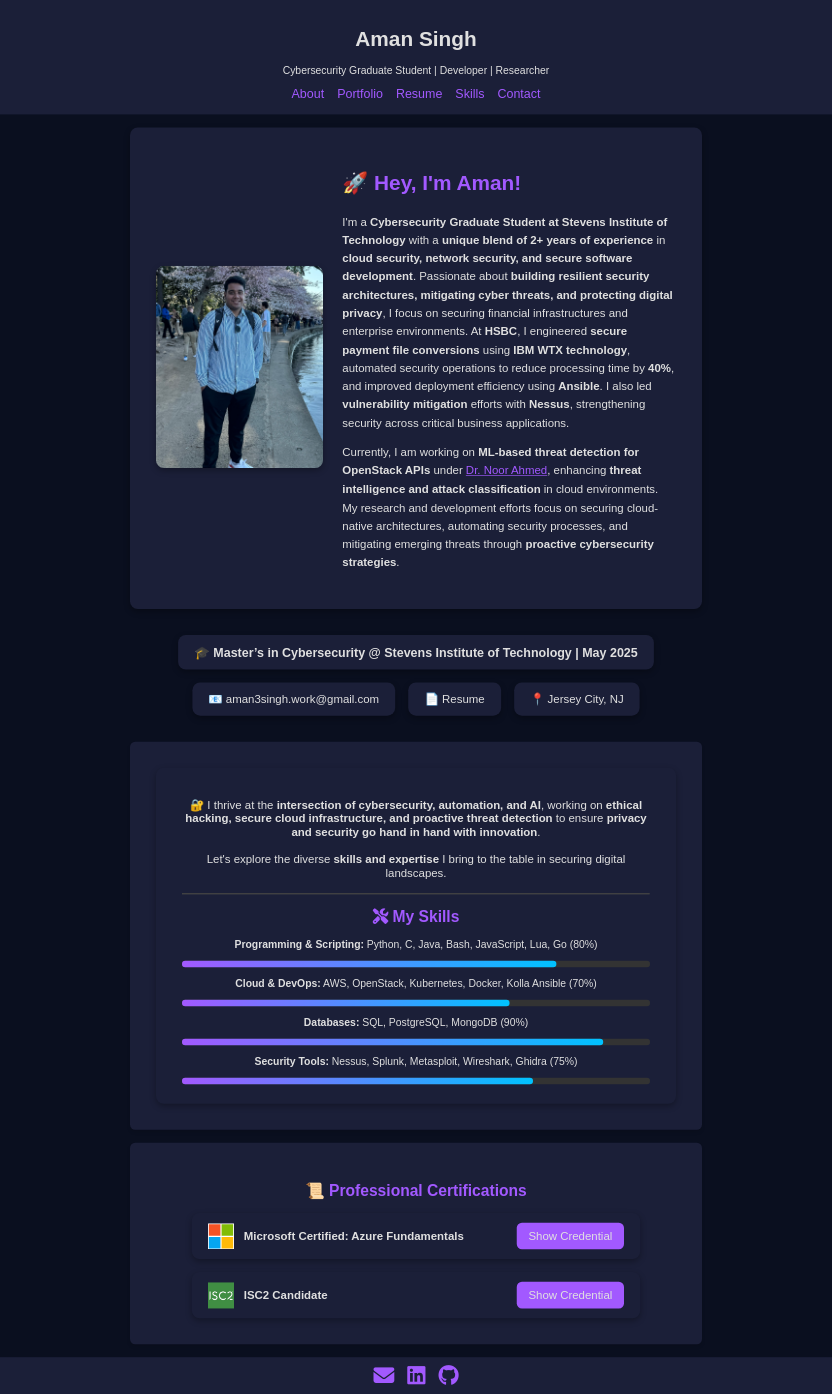
Repository: aman3singh/portfolio
Page: index.html
These files come from the project's save history. The page is drawn as it stood at one moment and after the next save; the edit follows.
The browser window is 1280 px wide. The pictures show the whole page, at 65% of full size.

Above is the page before, as saved 2025-02-12 00:14:08.

### index.html
<!DOCTYPE html>
<html lang="en">
<head>
    <meta charset="UTF-8">
    <meta name="viewport" content="width=device-width, initial-scale=1.0">
    <title>Aman Singh | Cybersecurity Portfolio</title>
    <link rel="stylesheet" href="styles.css">
    <link rel="stylesheet" href="https://cdnjs.cloudflare.com/ajax/libs/font-awesome/6.4.2/css/all.min.css">
</head>
<body>
    <header>
        <h1>Aman Singh</h1>
        <p>Cybersecurity Graduate Student | Developer | Researcher</p>
        <nav>
            <a href="#about">About</a>
            <a href="portfolio.html">Portfolio</a>
            <a href="resume.html">Resume</a>
            <a href="index.html#skills">Skills</a>
            <a href="#contact">Contact</a>
        </nav>
    </header>

    <section id="about" style="display: flex; align-items: center; gap: 30px; padding: 40px;">
        <div style="flex: 1; text-align: center;">
            <img src="Aman.jpg" alt="Aman Singh" style="width: 100%; max-width: 400px; border-radius: 12px; box-shadow: 0px 4px 10px rgba(0, 0, 0, 0.3);">
        </div>
        <div style="flex: 2;">
            <h2 style="color: #A259FF;">🚀 Hey, I'm Aman!</h2>
            <p>
                I'm a <b>Cybersecurity Graduate Student at Stevens Institute of Technology</b> with a <b>unique blend of 2+ years of experience</b> in <b>cloud security, network security, and secure software development</b>. Passionate about <b>building resilient security architectures, mitigating cyber threats, and protecting digital privacy</b>, I focus on securing financial infrastructures and enterprise environments. At <b>HSBC</b>, I engineered <b>secure payment file conversions</b> using <b>IBM WTX technology</b>, automated security operations to reduce processing time by <b>40%</b>, and improved deployment efficiency using <b>Ansible</b>. I also led <b>vulnerability mitigation</b> efforts with <b>Nessus</b>, strengthening security across critical business applications.
            </p>
            <p>
                Currently, I am working on <b>ML-based threat detection for OpenStack APIs</b> under <a href="https://scholar.google.com/citations?user=zchOfB4AAAAJ&hl=en" target="_blank" style="color: #A259FF;">Dr. Noor Ahmed</a>, enhancing <b>threat intelligence and attack classification</b> in cloud environments. My research and development efforts focus on securing cloud-native architectures, automating security processes, and mitigating emerging threats through <b>proactive cybersecurity strategies</b>.
            </p>
        </div>
    </section>

    <div style="display: flex; flex-direction: column; align-items: center; text-align: center; gap: 20px; padding: 20px;">
        <div style="background-color: #1B1F38; padding: 15px 25px; border-radius: 12px; font-size: 1.2em; box-shadow: 0px 4px 10px rgba(0, 0, 0, 0.3);">
            🎓 <b>Master’s in Cybersecurity @ Stevens Institute of Technology | May 2025</b>
        </div>
        <div style="display: flex; gap: 20px;">
            <div style="background-color: #1B1F38; padding: 15px 25px; border-radius: 12px; font-size: 1.1em; box-shadow: 0px 4px 10px rgba(0, 0, 0, 0.3);">
                📧 <a href="mailto:aman3singh.work@gmail.com" style="color: #E0E0E0; text-decoration: none;">aman3singh.work@gmail.com</a>
            </div>
            <div style="background-color: #1B1F38; padding: 15px 25px; border-radius: 12px; font-size: 1.1em; box-shadow: 0px 4px 10px rgba(0, 0, 0, 0.3);">
                📄 <a href="resume.html" style="color: #E0E0E0; text-decoration: none;">Resume</a>
            </div>
            <div style="background-color: #1B1F38; padding: 15px 25px; border-radius: 12px; font-size: 1.1em; box-shadow: 0px 4px 10px rgba(0, 0, 0, 0.3);">
                📍 Jersey City, NJ
            </div>
        </div>
    </div>

    <section id="skills" style="padding: 40px; display: flex; justify-content: center;">
        <div style="background-color: #1B1F38; padding: 30px 40px; border-radius: 12px; max-width: 800px; text-align: center; box-shadow: 0px 4px 10px rgba(0, 0, 0, 0.3);">
            <p style="color: #E0E0E0; font-size: 1.1em;">
                🔐 I thrive at the <b>intersection of cybersecurity, automation, and AI</b>, working on <b>ethical hacking, secure cloud infrastructure, and proactive threat detection</b> to ensure <b>privacy and security go hand in hand with innovation</b>.<br><br>
                Let's explore the diverse <b>skills and expertise</b> I bring to the table in securing digital landscapes.
            </p>
            <hr style="border: 0.5px solid #444; margin: 20px 0;">
            <h2 style="color: #A259FF;"><i class="fas fa-tools"></i> My Skills</h2>
            <div class="skills-container" style="max-width: 800px; margin: 0 auto;">
                <div class="skill">
                    <p><b>Programming & Scripting:</b> Python, C, Java, Bash, JavaScript, Lua, Go (80%)</p>
                    <div class="progress-bar" style="width: 100%; background-color: #333; border-radius: 5px;">
                        <div style="width: 80%; height: 10px; background: linear-gradient(to right, #A259FF, #00C2FF); border-radius: 5px;"></div>
                    </div>
                </div>
                <div class="skill">
                    <p><b>Cloud & DevOps:</b> AWS, OpenStack, Kubernetes, Docker, Kolla Ansible (70%)</p>
                    <div class="progress-bar" style="width: 100%; background-color: #333; border-radius: 5px;">
                        <div style="width: 70%; height: 10px; background: linear-gradient(to right, #A259FF, #00C2FF); border-radius: 5px;"></div>
                    </div>
                </div>
                <div class="skill">
                    <p><b>Databases:</b> SQL, PostgreSQL, MongoDB (90%)</p>
                    <div class="progress-bar" style="width: 100%; background-color: #333; border-radius: 5px;">
                        <div style="width: 90%; height: 10px; background: linear-gradient(to right, #A259FF, #00C2FF); border-radius: 5px;"></div>
                    </div>
                </div>
                <div class="skill">
                    <p><b>Security Tools:</b> Nessus, Splunk, Metasploit, Wireshark, Ghidra (75%)</p>
                    <div class="progress-bar" style="width: 100%; background-color: #333; border-radius: 5px;">
                        <div style="width: 75%; height: 10px; background: linear-gradient(to right, #A259FF, #00C2FF); border-radius: 5px;"></div>
                    </div>
                </div>
            </div>
        </div>
    </section>

    <section id="certifications" style="padding: 40px; text-align: center;">
        <h2 style="color: #A259FF;">📜 Professional Certifications</h2>
        <div style="display: flex; flex-direction: column; align-items: center; gap: 20px;">
            <div style="background-color: #1B1F38; padding: 15px 25px; border-radius: 12px; font-size: 1.1em; width: 80%; display: flex; align-items: center; justify-content: space-between; box-shadow: 0px 4px 10px rgba(0, 0, 0, 0.3);">
                <div style="display: flex; align-items: center; gap: 15px;">
                    <img src="microsoft_logo.svg" alt="Microsoft Logo" style="height: 40px;">
                    <b>Microsoft Certified: Azure Fundamentals</b>
                </div>
                <a href="https://learn.microsoft.com/en-us/users/amansingh-1923/credentials/2ef5697650f7d138?ref=https%3A%2F%2Fwww.linkedin.com%2F" target="_blank" class="credential-button">Show Credential</a>
            </div>
            <div style="background-color: #1B1F38; padding: 15px 25px; border-radius: 12px; font-size: 1.1em; width: 80%; display: flex; align-items: center; justify-content: space-between; box-shadow: 0px 4px 10px rgba(0, 0, 0, 0.3);">
                <div style="display: flex; align-items: center; gap: 15px;">
                    <img src="isc2_logo.jpg" alt="ISC2 Logo" style="height: 40px;">
                    <b>ISC2 Candidate</b>
                </div>
                <a href="https://www.credly.com/badges/34d270c8-7299-4ed3-a625-0a13da7394b7/linked_in_profile" target="_blank" class="credential-button">Show Credential</a>
            </div>
        </div>
    </section>

    <footer>
            <div class="social-links" style="display: flex; gap: 20px; font-size: 2rem;">
                <a href="mailto:aman3singh.work@gmail.com" target="_blank">
                    <i class="fa-solid fa-envelope"></i>
                </a>
                <a href="https://www.linkedin.com/in/aman-singh7/" target="_blank">
                    <i class="fa-brands fa-linkedin"></i>
                </a>
                <a href="https://github.com/aman3singh" target="_blank">
                    <i class="fa-brands fa-github"></i>
                </a>
            </div>
    </footer>
</body>
</html>

### styles.css
body {
    font-family: 'Arial', sans-serif;
    margin: 0;
    padding: 0;
    background-color: #0A0F1F;
    color: #E0E0E0;
}

header {
    background-color: #1B1F38;
    color: 	#E0E0E0;
    text-align: center;
    padding: 20px;
}

nav {
    display: flex;
    justify-content: center;
    gap: 20px;
}

nav a {
    color: #A259FF;
    text-decoration: none;
    font-size: 1.2em;
    transition: color 0.3s;
}

nav a:hover {
    color: #00E5FF;
}

section {
    padding: 20px;
    margin: 20px auto;
    max-width: 800px;
    background: #1B1F38;
    box-shadow: 0px 4px 6px rgba(0, 0, 0, 0.1);
    border-radius: 8px;
}

h2 {
    color: #A259FF;
}
#about {
    display: flex;
    align-items: center;
    gap: 30px;
    padding: 40px;
    background-color: #1B1F38;
    border-radius: 12px;
    box-shadow: 0px 4px 10px rgba(0, 0, 0, 0.3);
}

#about img {
    width: 100%;
    max-width: 300px;
    border-radius: 12px;
    box-shadow: 0px 4px 10px rgba(0, 0, 0, 0.3);
}

#about h2 {
    color: #A259FF;
    font-size: 2em;
}

#about p {
    color: #E0E0E0;
    font-size: 1.1em;
    line-height: 1.6;
}
#resume-container {
    display: flex;
    justify-content: center;
    align-items: center;
    min-height: 100vh;
    background-color: #0A0F1F; /* Match with your theme */
    padding-bottom: 0; /* Ensures no extra padding */
    overflow: hidden; /* Prevents extra scrolling */
}

#resume-container iframe {
    width: 80%;
    height: 100vh; /* Make it take full viewport height */
    border: none;
    background-color: transparent;
}

.project {
    border-left: 4px solid #A259FF;
    padding-left: 10px;
    margin-bottom: 15px;
}

.social-links {
    display: flex;
    justify-content: center;
    gap: 15px;
    font-size: 2rem;
}

.social-links a {
    color: #A259FF;
    transition: color 0.3s;
}

.social-links a:hover {
    color: #00E5FF;
}
.credential-button {
    color: #E0E0E0;
    text-decoration: none;
    background-color: #A259FF;
    padding: 10px 18px;
    border-radius: 8px;
    font-size: 1em;
    transition: background-color 0.3s ease-in-out;
    display: flex;
    align-items: center;
    justify-content: center;
}

.credential-button:hover {
    background-color: #00E5FF;
}

footer {
    text-align: center;
    padding: 10px;
    background-color: #1B1F38;
    color: #E0E0E0;
}

After the next save:
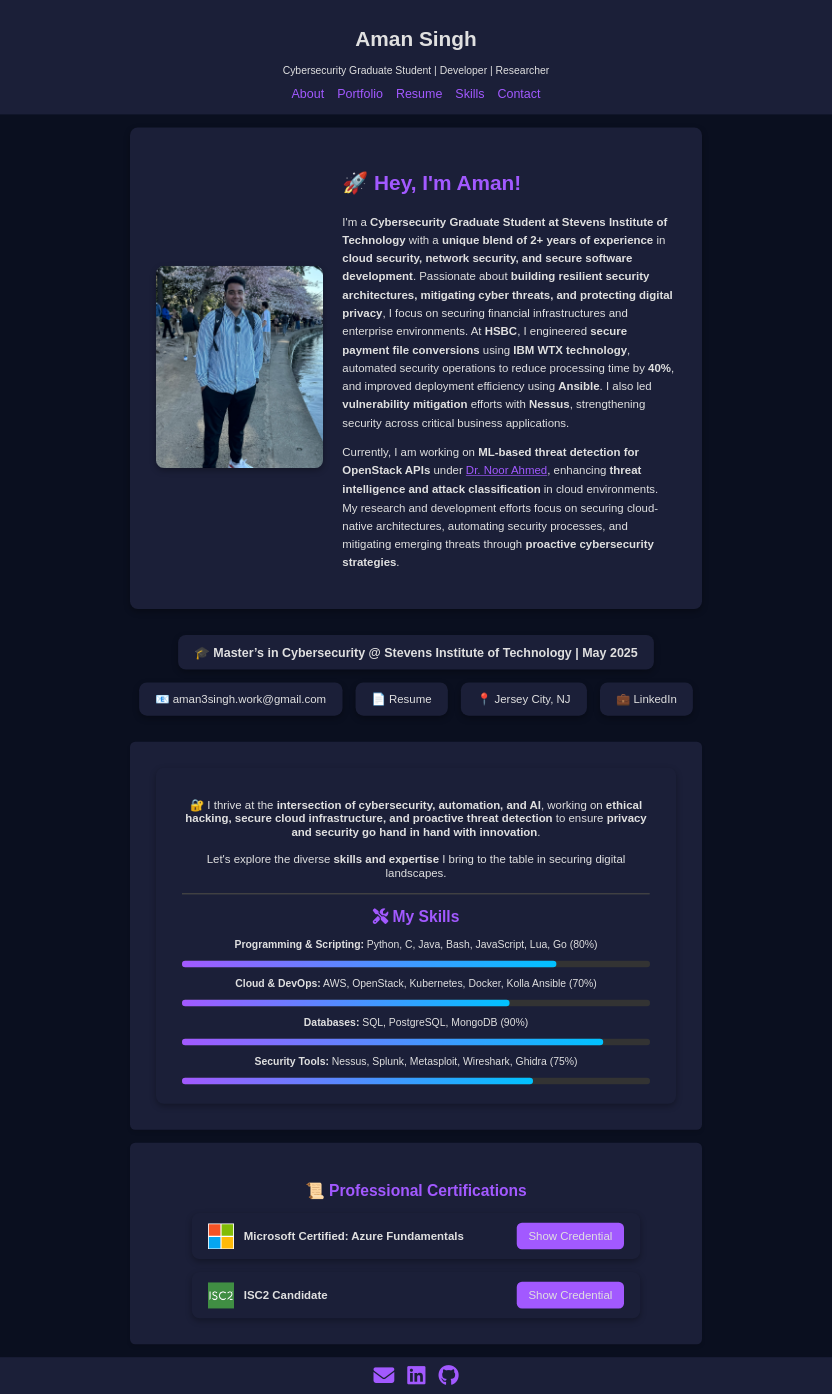
Saved 10 min 13 s later.
--- a/index.html
+++ b/index.html
@@ -48,6 +48,9 @@
             </div>
             <div style="background-color: #1B1F38; padding: 15px 25px; border-radius: 12px; font-size: 1.1em; box-shadow: 0px 4px 10px rgba(0, 0, 0, 0.3);">
                 📍 Jersey City, NJ
+            </div>
+            <div style="background-color: #1B1F38; padding: 15px 25px; border-radius: 12px; font-size: 1.1em; box-shadow: 0px 4px 10px rgba(0, 0, 0, 0.3);">
+                💼 <a href="https://www.linkedin.com/in/aman-singh7/" target="_blank" style="color: #E0E0E0; text-decoration: none;">LinkedIn</a>
             </div>
         </div>
     </div>
